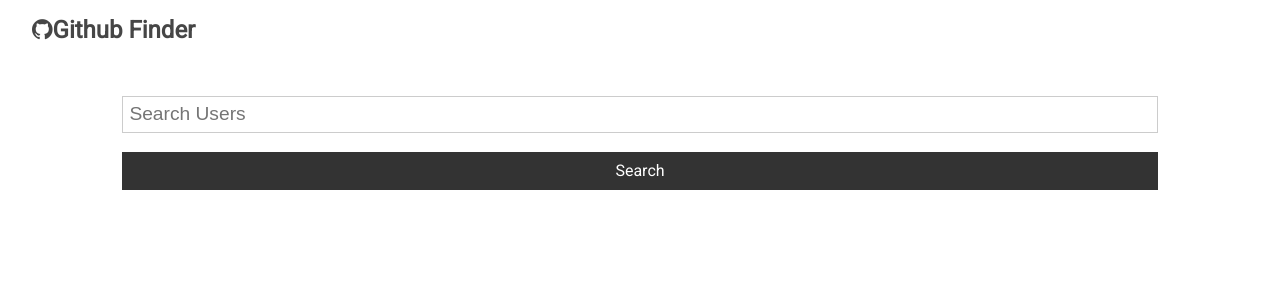
Repository: hemxnt-saini/GitProfile-Visualizer
Page: /
An editor plug-in stored every save of this project. The page is shown before and after the next save, followed by the edit.
The browser window is 1280 px wide. The pictures show the whole page.
The project was rebuilt for these pictures with package versions that can differ from the ones it lists, and the page was loaded fresh each time. Also part of the build but not shown: next.config.js, src/components/users/UserItem.js, src/components/layout/Spinner.js, src/components/repos/RepoItem.js, src/components/repos/Repos.js, src/components/users/User.js, src/components/layout/Alert.js, src/components/pages/About.js.

Above is the page before, as saved 2020-08-05 09:48:28.

### public/index.html
<!DOCTYPE html>
<html lang="en">
  <head>
    <meta charset="utf-8" />
    <link rel="icon" href="%PUBLIC_URL%/favicon.ico" />
    <meta name="viewport" content="width=device-width, initial-scale=1" />
    <meta name="theme-color" content="#000000" />
    <meta
      name="description"
      content="Web site created using create-react-app"
    />
    <link rel="apple-touch-icon" href="%PUBLIC_URL%/logo192.png" />

    <link rel="manifest" href="%PUBLIC_URL%/manifest.json" />
    <link
      rel="stylesheet"
      href="https://stackpath.bootstrapcdn.com/font-awesome/4.7.0/css/font-awesome.min.css"
    />
    <title>React App</title>
  </head>
  <body>
    <noscript>You need to enable JavaScript to run this app.</noscript>
    <div id="root"></div>
  </body>
</html>

### src/App.js
import React, { Component, Fragment } from "react";
import "./App.css";
import { BrowserRouter as Router, Switch, Route } from "react-router-dom";
import Navbar from "./components/layout/Navbar";
import Users from "./components/users/Users";
import User from "./components/users/User";
import Search from "./components/users/Search";
import Alert from "./components/layout/Alert";
import About from "./components/pages/About";
import axios from "axios";
class App extends Component {
  state = {
    users: [],
    user: {},
    repos: [],
    loading: false,
    alert: null,
  };
  searchUsers = async (text) => {
    this.setState({ loading: true });
    const res = await axios.get(
      `https://api.github.com/search/users?q=${text}&cliend_id=${process.env.REACT_APP_GITHUB_CLIENT_ID}&client_secret=${process.env.REACT_APP_GITHUB_CLIENT_SECRET}`
    );
    this.setState({
      users: res.data.items,
      loading: false,
    });
  };

  clearUsers = () => {
    this.setState({
      users: [],
      loading: false,
    });
  };

  setAlert = (msg, type) => {
    this.setState({ alert: { msg, type } });

    setTimeout(() => this.setState({ alert: null }), 5000);
  };

  getUser = async (username) => {
    this.setState({ loading: true });
    const res = await axios.get(
      `https://api.github.com/users/${username}?cliend_id=${process.env.REACT_APP_GITHUB_CLIENT_ID}&client_secret=${process.env.REACT_APP_GITHUB_CLIENT_SECRET}`
    );
    this.setState({ user: res.data, loading: false });
  };

  getUserRepos = async (username) => {
    const res = await axios.get(
      `https://api.github.com/users/${username}/repos?per_page=5&sort=created:asc&cliend_id=${process.env.REACT_APP_GITHUB_CLIENT_ID}&client_secret=${process.env.REACT_APP_GITHUB_CLIENT_SECRET}`
    );
    this.setState({ repos: res.data });
  };

  render() {
    return (
      <Router>
        <div className='App'>
          <Navbar title='Github Finder' />
          <div className='container'>
            <Alert alert={this.state.alert} />
            <Switch>
              <Route
                exact
                path='/'
                render={(props) => (
                  <Fragment>
                    <Search
                      searchUsers={this.searchUsers}
                      clearUsers={this.clearUsers}
                      showClear={this.state.users.length > 0 ? true : false}
                      setAlert={this.setAlert}
                    />
                    <Users
                      users={this.state.users}
                      loading={this.state.loading}
                    />
                  </Fragment>
                )}
              />
              <Route exact path='/about' component={About} />
              <Route
                exact
                path='/user/:login'
                render={(props) => (
                  <User
                    {...props}
                    getUser={this.getUser}
                    getUserRepos={this.getUserRepos}
                    repos={this.state.repos}
                    user={this.state.user}
                    loading={this.state.loading}
                  />
                )}
              />
            </Switch>
          </div>
        </div>
      </Router>
    );
  }
}

export default App;

### src/App.css
@import url("https://fonts.googleapis.com/css?family=Roboto");

/* Global Styles */
:root {
  --primary-color: #dc3545;
  --dark-color: #333333;
  --light-color: #f4f4f4;
  --danger-color: #dc3545;
  --success-color: #28a745;
}

* {
  box-sizing: border-box;
  margin: 0;
  padding: 0;
}

body {
  font-family: "Roboto", sans-serif;
  font-size: 1rem;
  line-height: 1.6;
  background-color: #fff;
  color: #333;
}

a {
  color: var(--primary-color);
  text-decoration: none;
}

a:hover {
  color: #666;
}

ul {
  list-style: none;
}

img {
  width: 100%;
}

/* Utilities */
.container {
  max-width: 1100px;
  margin: auto;
  overflow: hidden;
  padding: 0 2rem;
}

/* Text Styles*/
.x-large {
  font-size: 4rem;
  line-height: 1.2;
  margin-bottom: 1rem;
}

.large {
  font-size: 3rem;
  line-height: 1.2;
  margin-bottom: 1rem;
}

.lead {
  font-size: 1.5rem;
  margin-bottom: 1rem;
}

.text-center {
  text-align: center;
}

.text-primary {
  color: var(--primary-color);
}

.text-dark {
  color: var(--dark-color);
}

.text-success {
  color: var(--success-color);
}

.text-danger {
  color: var(--danger-color);
}

.text-center {
  text-align: center;
}

.text-right {
  text-align: right;
}

.text-left {
  text-align: left;
}

/* Center All */
.all-center {
  display: flex;
  flex-direction: column;
  width: 100%;
  margin: auto;
  justify-content: center;
  align-items: center;
  text-align: center;
}

/* Cards */
.card {
  padding: 1rem;
  border: #ccc 1px dotted;
  margin: 0.7rem 0;
}

/* List */
.list {
  margin: 0.5rem 0;
}

.list li {
  padding-bottom: 0.3rem;
}

/* Padding */
.p {
  padding: 0.5rem;
}
.p-1 {
  padding: 1rem;
}
.p-2 {
  padding: 2rem;
}
.p-3 {
  padding: 3rem;
}
.py {
  padding: 0.5rem 0;
}
.py-1 {
  padding: 1rem 0;
}
.py-2 {
  padding: 2rem 0;
}
.py-3 {
  padding: 3rem 0;
}

/* Margin */
.m {
  margin: 0.5rem;
}
.m-1 {
  margin: 1rem;
}
.m-2 {
  margin: 2rem;
}
.m-3 {
  margin: 3rem;
}
.my {
  margin: 0.5rem 0;
}
.my-1 {
  margin: 1rem 0;
}
.my-2 {
  margin: 2rem 0;
}
.my-3 {
  margin: 3rem 0;
}

/* Grid */
.grid-2 {
  display: grid;
  grid-template-columns: repeat(2, 1fr);
  grid-gap: 1rem;
}

.grid-3 {
  display: grid;
  grid-template-columns: repeat(3, 1fr);
  grid-gap: 1rem;
}

.grid-4 {
  display: grid;
  grid-template-columns: repeat(4, 1fr);
  grid-gap: 1rem;
}

.btn {
  display: inline-block;
  background: var(--light-color);
  color: #333;
  padding: 0.4rem 1.3rem;
  font-size: 1rem;
  border: none;
  cursor: pointer;
  margin-right: 0.5rem;
  transition: opacity 0.2s ease-in;
  outline: none;
}

.btn-link {
  background: none;
  padding: 0;
  margin: 0;
}

.btn-block {
  display: block;
  width: 100%;
}

.btn-sm {
  font-size: 0.8rem;
  padding: 0.3rem 1rem;
  margin-right: 0.2rem;
}

.badge {
  display: inline-block;
  font-size: 0.8rem;
  padding: 0.2rem 0.7rem;
  text-align: center;
  margin: 0.3rem;
  background: var(--light-color);
  color: #333;
  border-radius: 5px;
}

.alert {
  padding: 0.7rem;
  margin: 1rem 0;
  opacity: 0.9;
  background: var(--light-color);
  color: #333;
}

.btn-primary,
.bg-primary,
.badge-primary,
.alert-primary {
  background: var(--primary-color);
  color: #fff;
}

.btn-light,
.bg-light,
.badge-light,
.alert-light {
  background: var(--light-color);
  color: #333;
}

.btn-dark,
.bg-dark,
.badge-dark,
.alert-dark {
  background: var(--dark-color);
  color: #fff;
}

.btn-danger,
.bg-danger,
.badge-danger,
.alert-danger {
  background: var(--danger-color);
  color: #fff;
}

.btn-success,
.bg-success,
.badge-success,
.alert-success {
  background: var(--success-color);
  color: #fff;
}

.btn-white,
.bg-white,
.badge-white,
.alert-white {
  background: #fff;
  color: #333;
  border: #ccc solid 1px;
}

.btn:hover {
  opacity: 0.8;
}

.bg-light,
.badge-light {
  border: #ccc solid 1px;
}

.round-img {
  border-radius: 50%;
}

/* Forms */
input {
  margin: 1.2rem 0;
}

.form-text {
  display: block;
  margin-top: 0.3rem;
  color: #888;
}

input[type="text"],
input[type="email"],
input[type="password"],
input[type="date"],
select,
textarea {
  display: block;
  width: 100%;
  padding: 0.4rem;
  font-size: 1.2rem;
  border: 1px solid #ccc;
}

input[type="submit"],
button {
  font: inherit;
}

table th,
table td {
  padding: 1rem;
  text-align: left;
}

table th {
  background: var(--light-color);
}

/* Navbar */
.navbar {
  display: flex;
  justify-content: space-between;
  align-items: center;
  padding: 0.7rem 2rem;
  z-index: 1;
  width: 100%;
  opacity: 0.9;
  margin-bottom: 1rem;
}

.navbar ul {
  display: flex;
}

.navbar a {
  color: #fff;
  padding: 0.45rem;
  margin: 0 0.25rem;
}

.navbar a:hover {
  color: var(--light-color);
}

.navbar .welcome span {
  margin-right: 0.6rem;
}

/* Mobile Styles */
@media (max-width: 700px) {
  .hide-sm {
    display: none;
  }

  .grid-2,
  .grid-3,
  .grid-4 {
    grid-template-columns: 1fr;
  }

  /* Text Styles */
  .x-large {
    font-size: 3rem;
  }

  .large {
    font-size: 2rem;
  }

  .lead {
    font-size: 1rem;
  }

  /* Navbar */
  .navbar {
    display: block;
    text-align: center;
  }

  .navbar ul {
    text-align: center;
    justify-content: center;
  }
  .bg-black {
    background: #24292e !important;
  }
}

### src/components/layout/Navbar.js
import React from "react";
import { Link } from "react-router-dom";
function Navbar(props) {
  return (
    <nav className='navbar bg-black '>
      <h1>
        <i className='fa fa-github'></i>
        {props.title}
      </h1>
      <ul>
        <li>
          <Link to='/'>Home</Link>
        </li>
        <li>
          <Link to='/about'>About</Link>
        </li>
      </ul>
    </nav>
  );
}

export default Navbar;

### src/components/users/Users.js
import React from "react";
import UserItem from "./UserItem";
import Spinner from "../layout/Spinner";

const Users = ({ users, loading }) => {
  if (loading) {
    return <Spinner />;
  } else {
    return (
      <div style={userStyle}>
        {users.map((user) => (
          <UserItem key={user.id} user={user} />
        ))}
      </div>
    );
  }
};

const userStyle = {
  display: "grid",
  gridTemplateColumns: "repeat(3,1fr)",
  gridGap: "1rem",
};

export default Users;

### src/components/users/Search.js
import React, { Component } from "react";

class Search extends Component {
  state = {
    text: "",
  };

  //Removal of this keyword
  //addition of const while making function
  //use of arrow to avoid bind()
  //removal of this.setState() ==> Just call setText(pass the changed value)
  //removal of this.state.text ==> text
  //that this.props convertinto just props in function and that too we destructure on top

  onChange = (e) => {
    this.setState({ text: e.target.value });
  };

  onSubmit = (e) => {
    e.preventDefault();

    if (this.state.text === "") {
      this.props.setAlert("Please Enter Something..!!", "light");
    } else {
      this.props.searchUsers(this.state.text);
      this.setState({ text: "" });
    }
  };

  render() {
    return (
      <div>
        <form onSubmit={this.onSubmit} className='form'>
          <input
            type='text'
            name='text'
            placeholder='Search Users'
            value={this.state.text}
            onChange={this.onChange}
            autoComplete='off'
          />
          <input
            type='submit'
            value='Search'
            className='btn btn-dark btn-block'
          />
        </form>

        {this.props.showClear && (
          <button
            className='btn btn-light btn-block'
            onClick={this.props.clearUsers}
          >
            Clear
          </button>
        )}
      </div>
    );
  }
}

export default Search;

Loaded but not shown: src/index.js (common file)

After the next save:
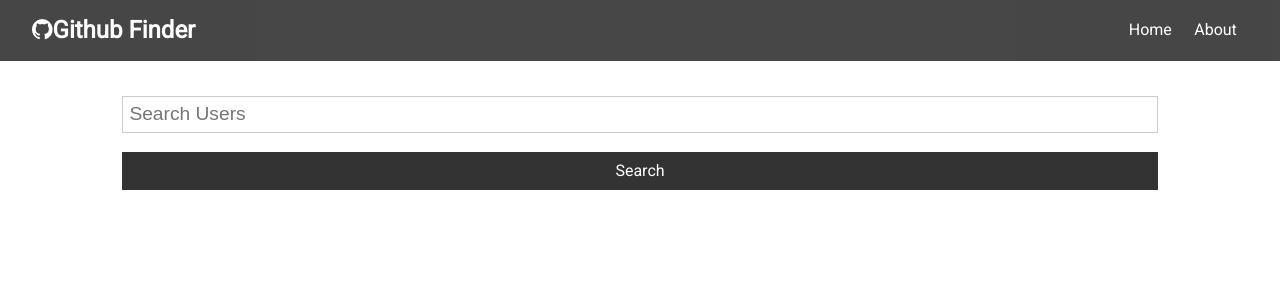
Saved 22 s later.
--- a/src/components/layout/Navbar.js
+++ b/src/components/layout/Navbar.js
@@ -2,7 +2,7 @@
 import { Link } from "react-router-dom";
 function Navbar(props) {
   return (
-    <nav className='navbar bg-black '>
+    <nav className='navbar bg-dark '>
       <h1>
         <i className='fa fa-github'></i>
         {props.title}
